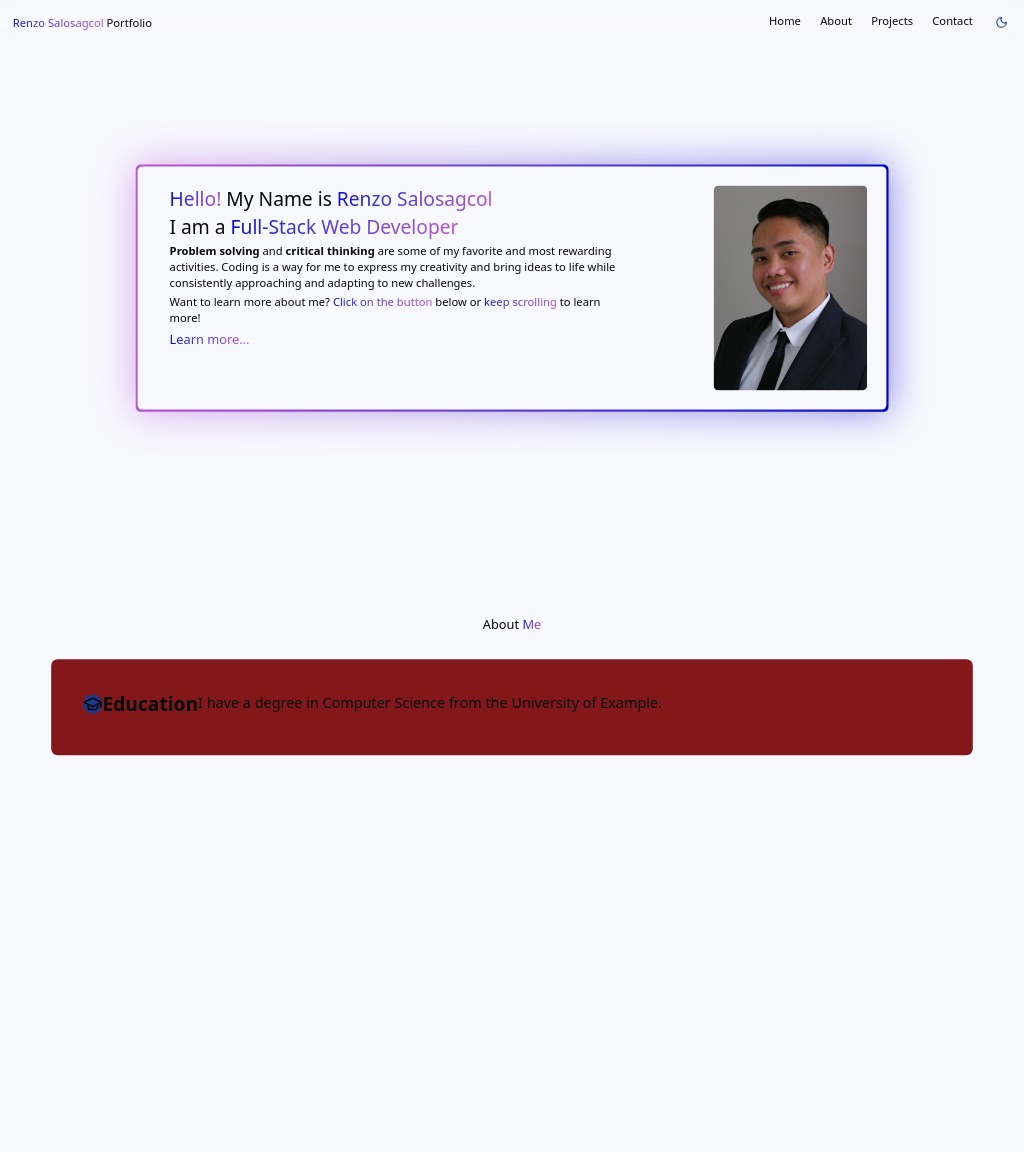
Repository: Renzo-Salosagcol/Updated_Personal_Portfolio
Page: /
An editor plug-in stored every save of this project. The page is shown before and after the next save, followed by the edit.
The browser window is 1280 px wide. The pictures show the whole page, at 80% of full size.
The project was rebuilt for these pictures with package versions that can differ from the ones it lists, and the page was loaded fresh each time. Also part of the build but not shown: vite.config.js, src/pages/NotFound.jsx.

Above is the page before, as saved 2025-10-10 12:28:35.

After the next save:
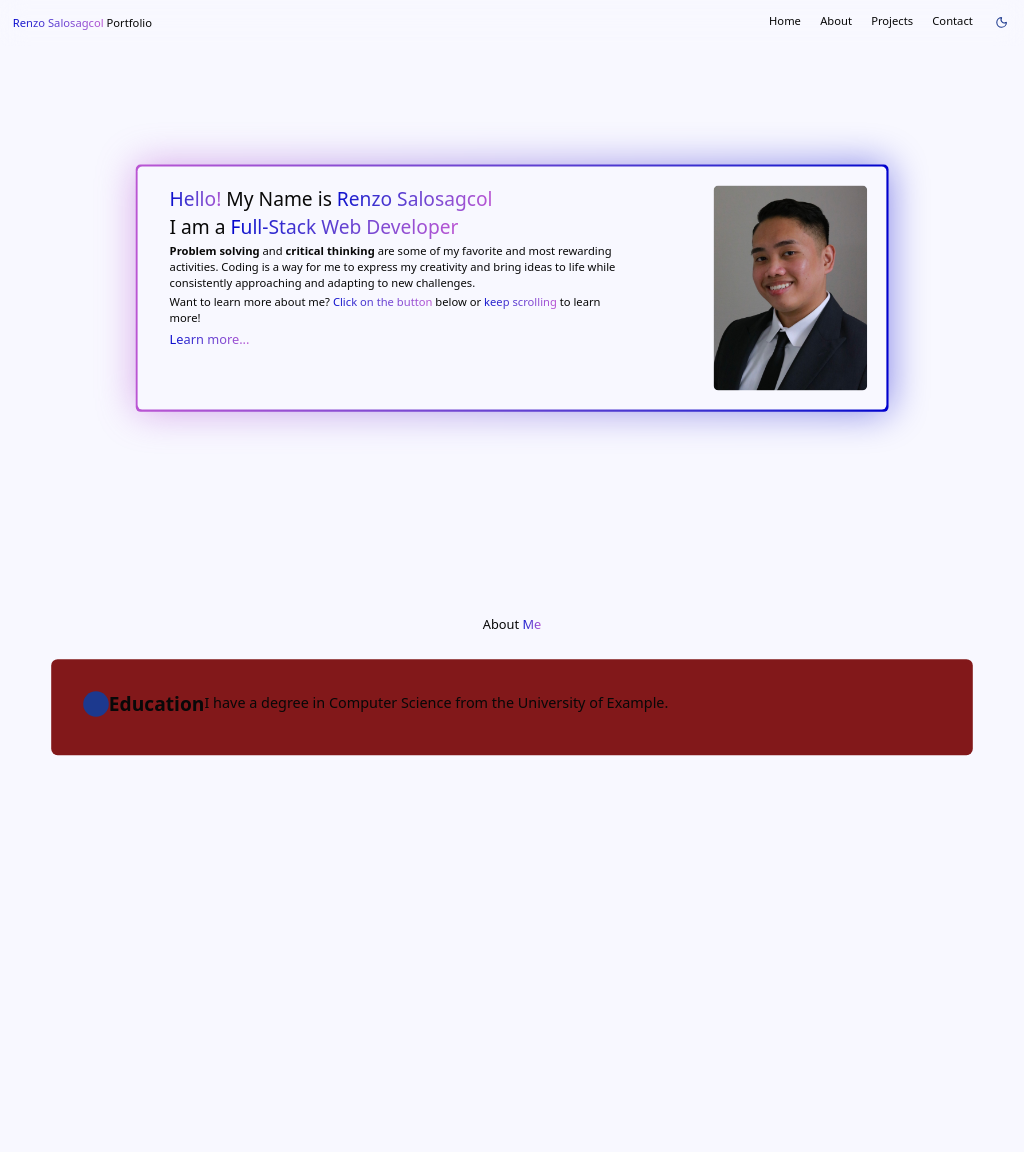
Saved 7 s later.
--- a/src/components/About.jsx
+++ b/src/components/About.jsx
@@ -19,7 +19,7 @@ export const About = () => {
         {experiences.map((experience, index) => (
           <div key={index} className="flex flex-row items-start p-4">
             <h2 className="flex items-center text-2xl font-semibold mb-2">
-              <experience.icon className="w-6 h-6 left rounded-full bg-blue-900" />
+              <experience.icon className="w-6 h-6 p-4 left rounded-full bg-blue-900" />
               {experience.name}
             </h2>
             <div>
